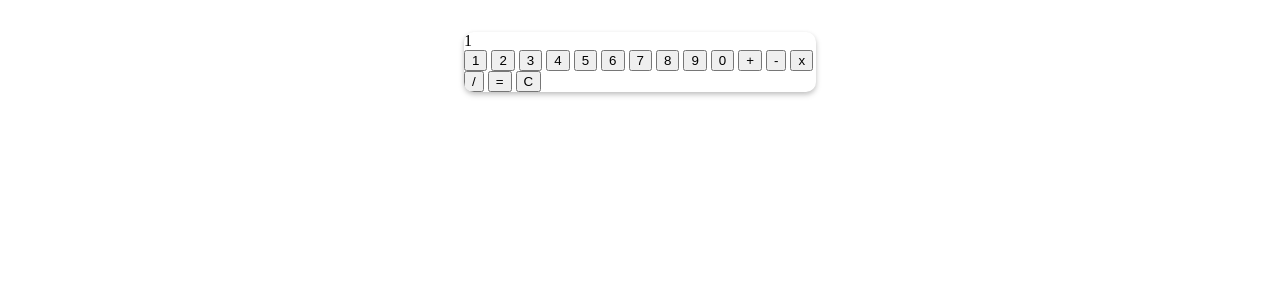
Repository: TEazy2433/LAB-calculator
Page: index.html
An editor plug-in stored every save of this project. The page is shown before and after the next save, followed by the edit.
The browser window is 1280 px wide. The pictures show the whole page.

Above is the page before, as saved 2023-10-13 17:21:54.

After the next save:
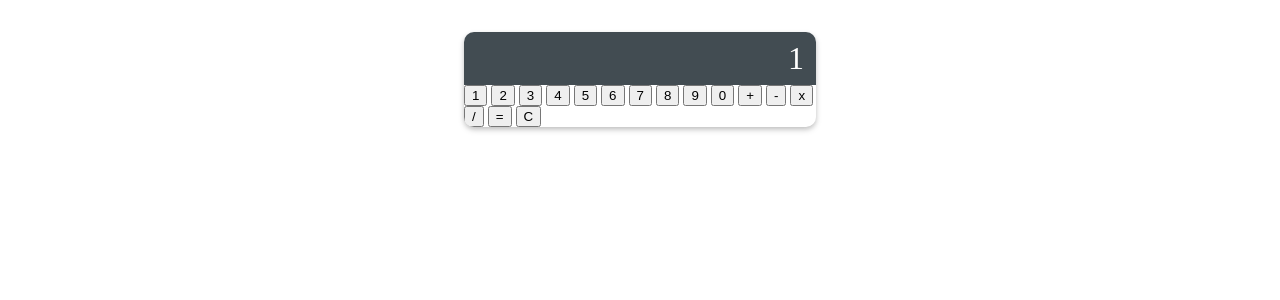
Saved 24 s later.
--- a/main.css
+++ b/main.css
@@ -8,7 +8,13 @@
   overflow: hidden;
 }
 .display{
-
+  background: hsl(202, 11%, 29%);
+  color: hsl(255, 100%, 100%);
+  font-size: 2rem;
+  padding-block-start: 0.5rem;
+  padding-block-end: 0.5rem;
+  padding-inline-end: 0.75rem;
+  text-align: end;
 }
 .key{
 
